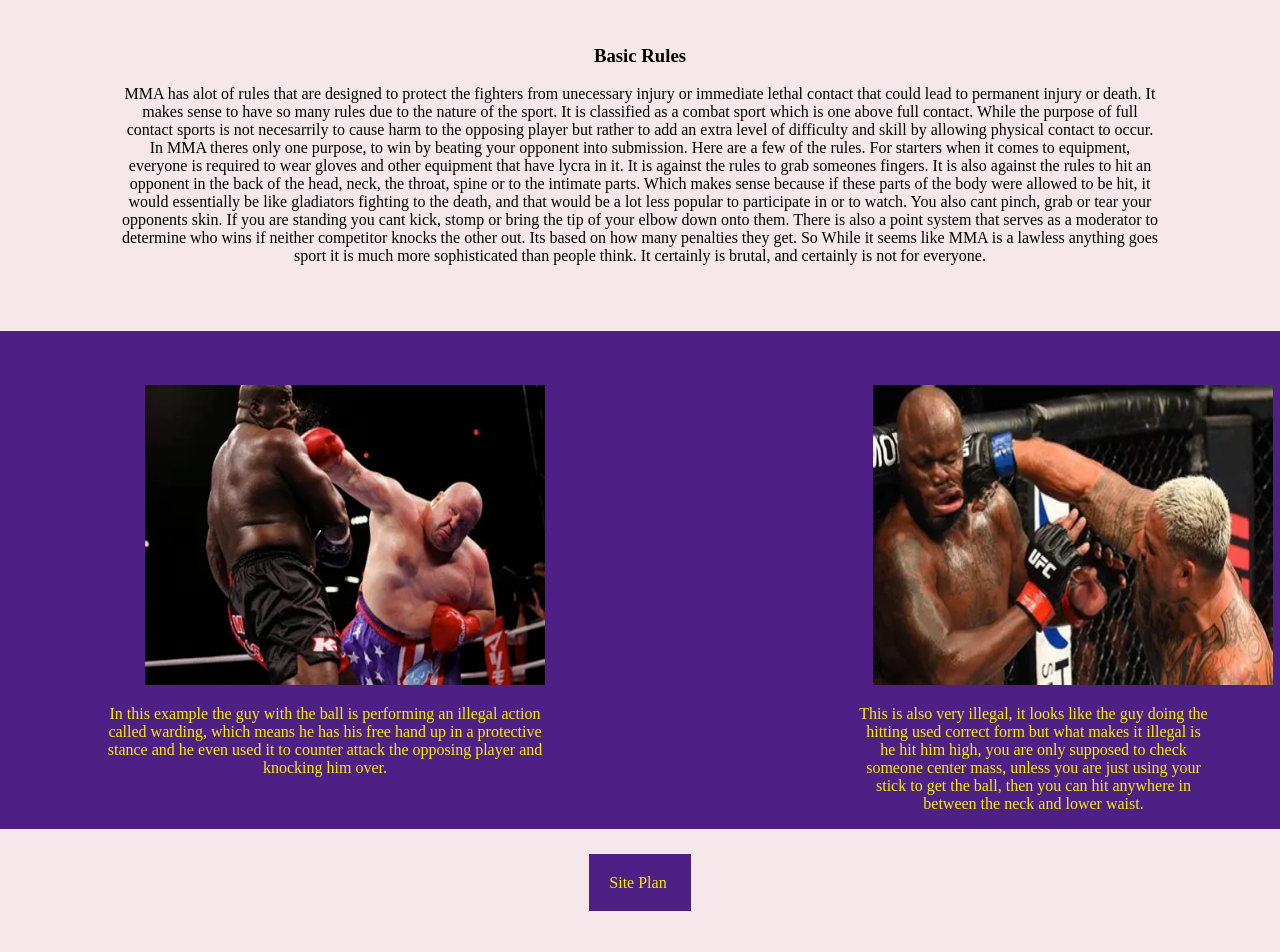
Repository: nak97/personal-site
Page: mma.html
These files come from the project's save history. The page is drawn as it stood at one moment and after the next save; the edit follows.
The browser window is 1280 px wide. The pictures show the part of the page from y = 762 to 1714 px (the page is 1714 px tall).
Some icons come from a web library that is not loaded, so they are not drawn. Some web libraries are served in a nearby version.

Above is the page before, as saved 2023-03-19 09:09:25.

After the next save:
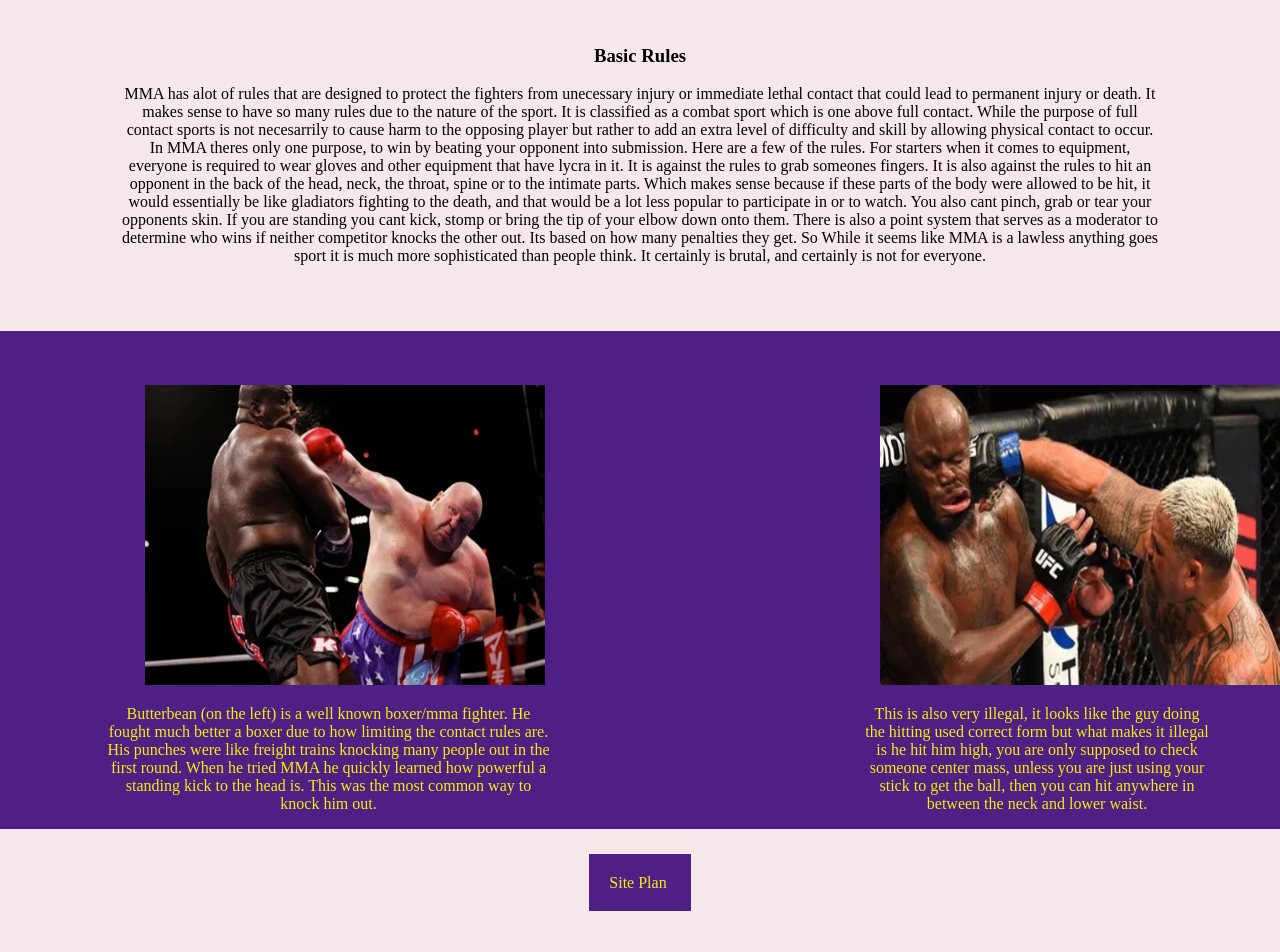
Saved 3 min 0 s later.
--- a/mma.html
+++ b/mma.html
@@ -63,7 +63,7 @@
   <div class="img1">
     <img src="./images/butterbean1.webp" alt="image for page" alt="image for page3" class="img-1">
       <p>
-        In this example the guy with the ball is performing an illegal action called warding, which means he has his free hand up in a protective stance and he even used it to counter attack the opposing player and knocking him over.
+        Butterbean (on the left) is a well known boxer/mma fighter. He fought much better a boxer due to how limiting the contact rules are. His punches were like freight trains knocking many people out in the first round. When he tried MMA he quickly learned how powerful a standing kick to the head is. This was the most common way to knock him out.
       </p>
   </div>
 
